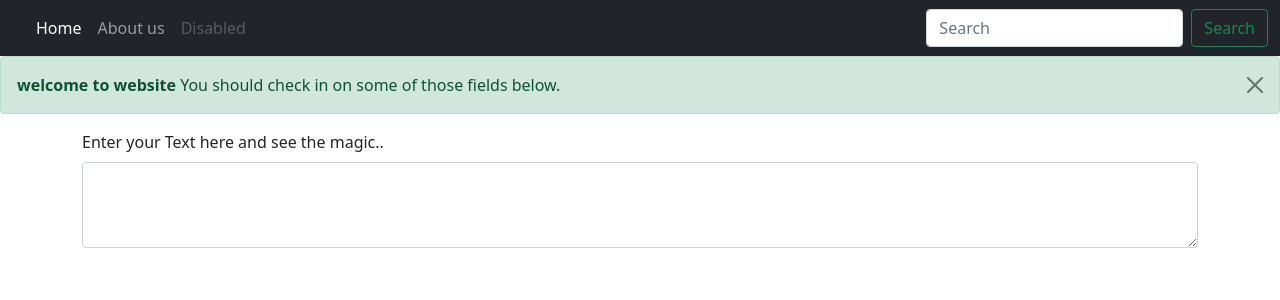
Repository: ritikalohia/Django-beginners-
Page: textutiles/templates/index.html
An editor plug-in stored every save of this project. The page is shown before and after a run of saves, followed by the edit.
The browser window is 1280 px wide. The pictures show the whole page.

Above is the page before, as saved 2021-05-22 19:38:06.

### textutiles/templates/index.html
<!doctype html>
<html lang="en">
  <head>
    <!-- Required meta tags -->
    <meta charset="utf-8">
    <meta name="viewport" content="width=device-width, initial-scale=1">

    <!-- Bootstrap CSS -->
    <link href="https://cdn.jsdelivr.net/npm/bootstrap@5.0.1/dist/css/bootstrap.min.css" rel="stylesheet" integrity="sha384-+0n0xVW2eSR5OomGNYDnhzAbDsOXxcvSN1TPprVMTNDbiYZCxYbOOl7+AMvyTG2x" crossorigin="anonymous">

    <title>i'mhere</title>
    </head>
    <body>
    <nav class="navbar navbar-expand-lg navbar-dark bg-dark">
    <div class="container-fluid">
    <button class="navbar-toggler" type="button" data-bs-toggle="collapse" data-bs-target="#navbarTogglerDemo01" aria-controls="navbarTogglerDemo01" aria-expanded="false" aria-label="Toggle navigation">
      <span class="navbar-toggler-icon"></span>
    </button>
    <div class="collapse navbar-collapse" id="navbarTogglerDemo01">
      <a class="navbar-brand" href="#"></a>
      <ul class="navbar-nav me-auto mb-2 mb-lg-0">
        <li class="nav-item">
          <a class="nav-link active" aria-current="page" href="#">Home</a>
        </li>
        <li class="nav-item">
          <a class="nav-link" href="#">About us</a>
        </li>
        <li class="nav-item">
          <a class="nav-link disabled" href="#" tabindex="-1" aria-disabled="true">Disabled</a>
        </li>
      </ul>
      <form class="d-flex">
        <input class="form-control me-2" type="search" placeholder="Search" aria-label="Search">
        <button class="btn btn-outline-success" type="submit">Search</button>
      </form>
    </div>
    </div>
    </nav>

    <div class="alert alert-success alert-dismissible fade show" role="alert">
        <strong>welcome to website</strong> You should check in on some of those fields below.
        <button type="button" class="btn-close" data-bs-dismiss="alert" aria-label="Close"></button>
    </div>

    <div class="container">

        <div class="mb-3">
        <label for="exampleFormControlTextarea1" class="form-label">Enter your Text here and see the magic..</label>
        <textarea class="form-control" id="exampleFormControlTextarea1" rows="3"></textarea>
        </div>
    </div>

    <!-- Optional JavaScript; choose one of the two! -->

    <!-- Option 1: Bootstrap Bundle with Popper -->
    <script src="https://cdn.jsdelivr.net/npm/bootstrap@5.0.1/dist/js/bootstrap.bundle.min.js" integrity="sha384-gtEjrD/SeCtmISkJkNUaaKMoLD0//ElJ19smozuHV6z3Iehds+3Ulb9Bn9Plx0x4" crossorigin="anonymous"></script>

    <!-- Option 2: Separate Popper and Bootstrap JS -->
    <!--
    <script src="https://cdn.jsdelivr.net/npm/@popperjs/core@2.9.2/dist/umd/popper.min.js" integrity="sha384-IQsoLXl5PILFhosVNubq5LC7Qb9DXgDA9i+tQ8Zj3iwWAwPtgFTxbJ8NT4GN1R8p" crossorigin="anonymous"></script>
    <script src="https://cdn.jsdelivr.net/npm/bootstrap@5.0.1/dist/js/bootstrap.min.js" integrity="sha384-Atwg2Pkwv9vp0ygtn1JAojH0nYbwNJLPhwyoVbhoPwBhjQPR5VtM2+xf0Uwh9KtT" crossorigin="anonymous"></script>
    -->
  </body>
</html>

After the next 3 saves:
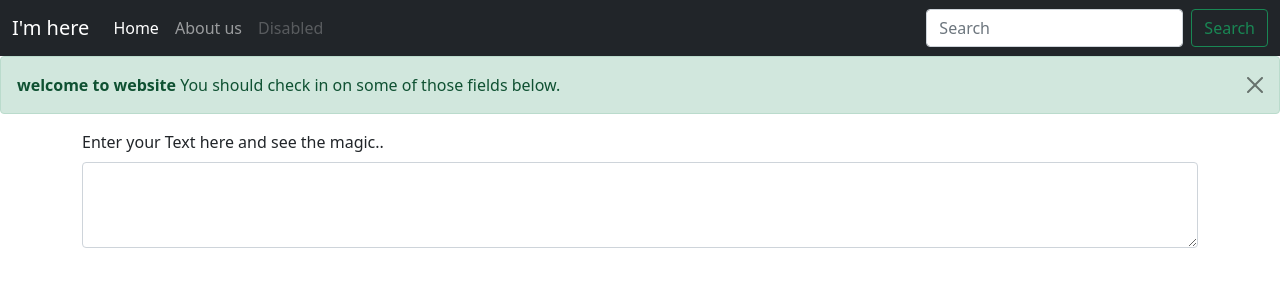
The 3 saves are shown as one change because they came seconds apart.
The last was saved 9 s later.
--- a/textutiles/templates/index.html
+++ b/textutiles/templates/index.html
@@ -17,7 +17,7 @@
       <span class="navbar-toggler-icon"></span>
     </button>
     <div class="collapse navbar-collapse" id="navbarTogglerDemo01">
-      <a class="navbar-brand" href="#"></a>
+      <a class="navbar-brand" href="#">I'm here</a>
       <ul class="navbar-nav me-auto mb-2 mb-lg-0">
         <li class="nav-item">
           <a class="nav-link active" aria-current="page" href="#">Home</a>
